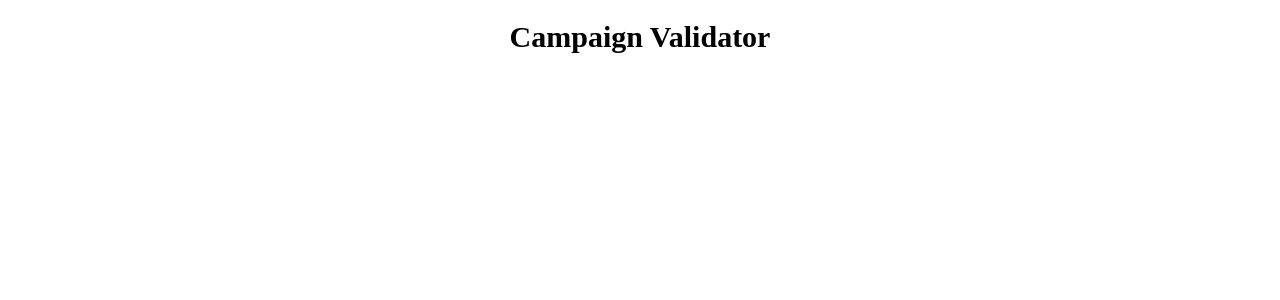
Repository: AbApin/project
Page: / (app in frontend/)
These files come from the project's save history. The page is drawn as it stood at one moment and after the next save; the edit follows.
The browser window is 1280 px wide. The pictures show the whole page.
The project was rebuilt for these pictures with package versions that can differ from the ones it lists, and the page was loaded fresh each time. Also part of the build but not shown: frontend/vue.config.js.

Above is the page before, as saved 2023-02-21 15:12:39.

### frontend/src/App.vue
<template>
  <div id="app">
    <h1 class="appTitle">Campaign Validator</h1>
  </div>
</template>

<script>
export default {
  name: 'App',
  mounted() {},
};
</script>

<style>
* {
  margin: 0;
  padding: 0;
  box-sizing: 0;
}
#app{
  display: flex;
  align-items: center;
  justify-content: center;
  padding: 20px;
}
.appTitle{
  font-size: 30px;
}
</style>

Loaded but not shown: frontend/public/index.html (common file); frontend/src/main.js (common file)

After the next save:
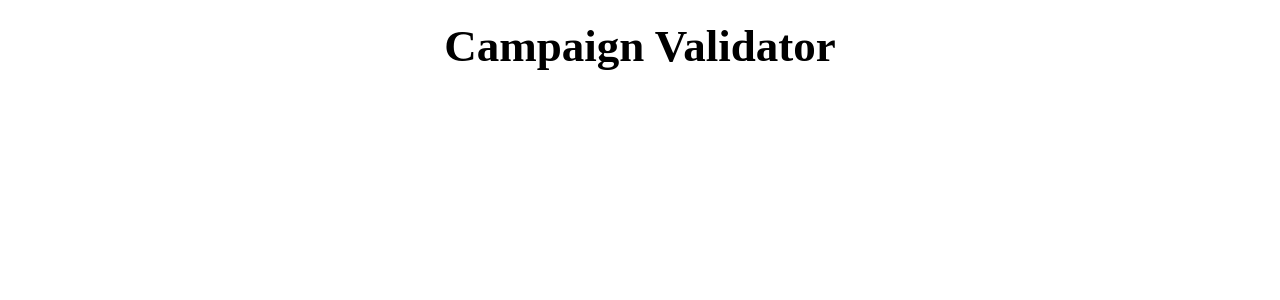
Saved 4 s later.
--- a/frontend/src/App.vue
+++ b/frontend/src/App.vue
@@ -24,6 +24,6 @@ export default {
   padding: 20px;
 }
 .appTitle{
-  font-size: 30px;
+  font-size: 45px;
 }
 </style>
